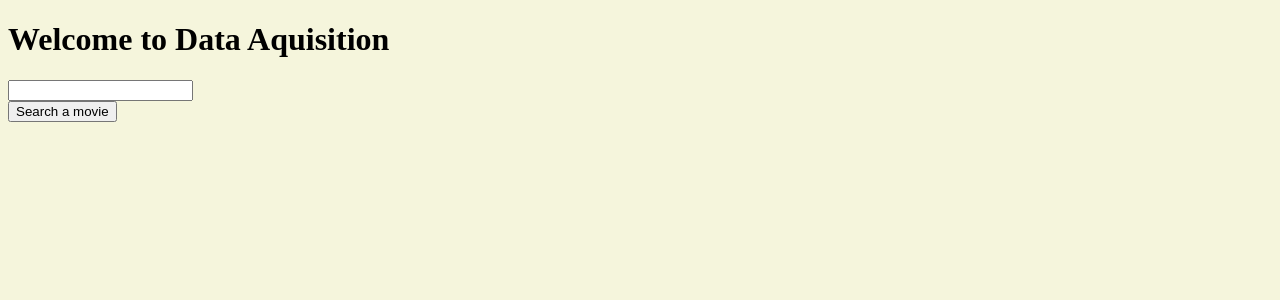
Repository: randy918/good-naked-beginning
Page: index.html
These files come from the project's save history. The page is drawn as it stood at one moment and after the next save; the edit follows.
The browser window is 1280 px wide. The pictures show the whole page.
The style sheet was rebuilt from its Sass, Less or Tailwind sources for each picture, by a compiler version that may differ from the author's.

Above is the page before, as saved 2023-01-01 15:00:21.

### index.html
<!DOCTYPE html>
<html lang="en">

    <head>
        <meta charset="UTF-8">
        <meta http-equiv="X-UA-Compatible" content="IE=edge">
        <meta name="viewport" content="width=device-width, initial-scale=1.0">
        <link rel="stylesheet" href="css/main.css" <script
            src="https://ajax.googleapis.com/ajax/libs/jquery/3.6.3/jquery.min.js" defer>

        <title>Movie App Esterling</title>
    </head>

    <body>

        <div class="container">
            <h1>Welcome to Data Aquisition</h1>

            <form>
                <div class="form-group">
                    <input type="text" id="inputValue">
                </div>

            </form>
        </div>

<button>Search a movie</button>

        <script src="js/key.js"></script>
        <script src="js/index.js"></script>

    </body>

</html>

<!-- ca1f26ba6eb2ba4fb641257b39d3bea7 -->

### js/key.js
const APIKEY = "ca1f26ba6eb2ba4fb641257b39d3bea7";

### js/index.js
//!  121822.0830        VARIABLES



//!  121822.0826        FUNCTIONS

const init = function () {
  main();
};


window.onload = function () {
    init();
};



//!  123122.1839        MAIN

const main = function () {

console.log('jhello');


};


//!  123122.1839        END

### css/main.scss
body {

background: beige;

}

After the next save:
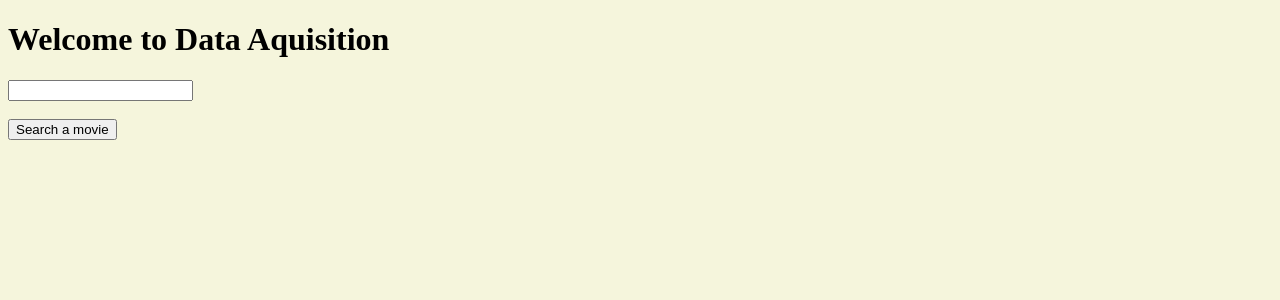
Saved 16 s later.
--- a/index.html
+++ b/index.html
@@ -23,7 +23,7 @@
 
             </form>
         </div>
-
+<br>
 <button>Search a movie</button>
 
         <script src="js/key.js"></script>
